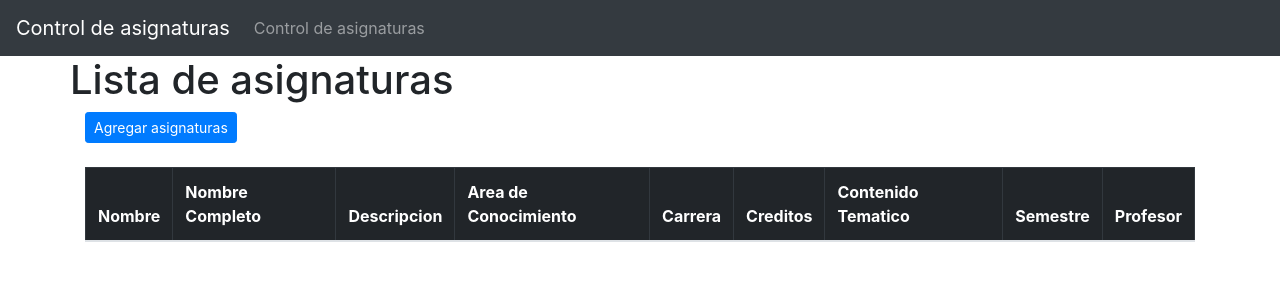
Repository: HennysTous/SpringBoot-MVC-API
Page: http://localhost/asignaturas
The author's editor kept a copy of each file at every save. The page is drawn from the files as they stood at one save, then again after the next save.
The browser window is 1280 px wide. The pictures show the whole page.
The page is this project's Thymeleaf template; nobody is signed in. The template is opened directly, without the code that normally fills it, so the values that code supplies are empty.

Above is the page before, as saved 2023-07-10 15:16:02.

After the next save:
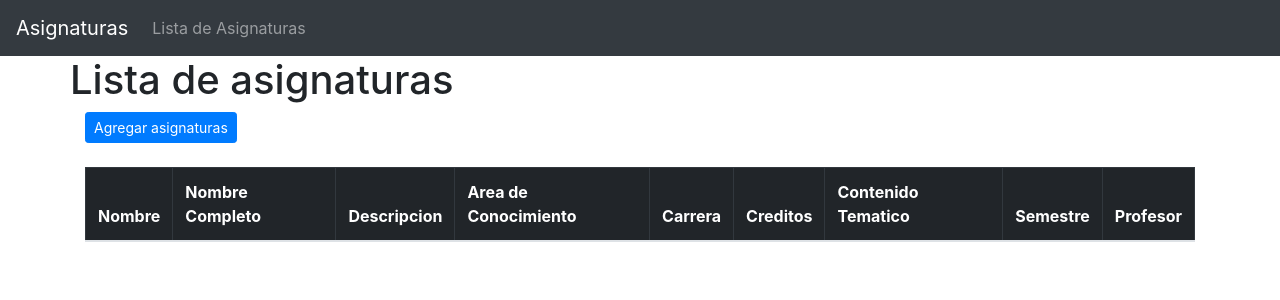
Saved 9 min 7 s later.
--- a/AsignaturasCRUDMVC/src/main/resources/templates/asignaturas.html
+++ b/AsignaturasCRUDMVC/src/main/resources/templates/asignaturas.html
@@ -10,12 +10,12 @@
 
 
 	<nav class="navbar navbar-expand-md bg-dark navbar-dark">
-		<a class="navbar-brand" href="#"> Control de asignaturas</a>
+		<a class="navbar-brand" href="#"> Asignaturas</a>
 		<!-- Navbar links -->
 		<div class="collapse navbar-collapse" id="collapsibleNavbar">
 			<ul class="navbar-nav">
 				<li class="nav-item"><a class="nav-link"
-					th:href="@{/asignaturas}">Control de asignaturas</a></li>
+					th:href="@{/asignaturas}">Lista de Asignaturas</a></li>
 			</ul>
 		</div>
 	</nav>
